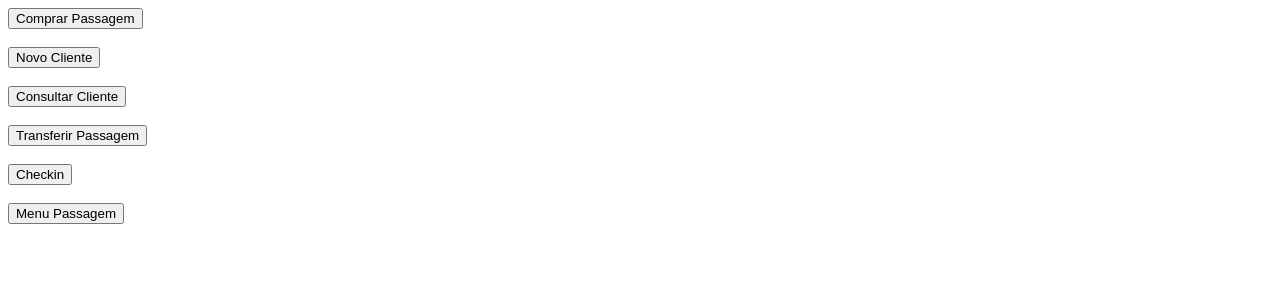
Repository: leal554/ProjetoVendaPassagemAereaWEB
Page: http://localhost/ProjetoVendaPassagemAereaWEB/MenuPassagem.jsp
The author's editor kept a copy of each file at every save. The page is drawn from the files as they stood at one save, then again after the next save.
The browser window is 1280 px wide. The pictures show the whole page.
The page is served by Tomcat 9. Other server files are loaded and not shown.

Above is the page before, as saved 2015-10-15 23:19:45.

### ProjetoVendaPassagemAereaWEB/WebContent/MenuPassagem.jsp
<%@ page language="java" contentType="text/html; charset=ISO-8859-1"
    pageEncoding="ISO-8859-1"%>
<!DOCTYPE html PUBLIC "-//W3C//DTD HTML 4.01 Transitional//EN" "http://www.w3.org/TR/html4/loose.dtd">
<html>
<head>
<meta http-equiv="Content-Type" content="text/html; charset=ISO-8859-1">
<title>Insert title here</title>
</head>
<body>
	<div>
		<button onclick="window.location.href='./ComprarPassagem.jsp'">Comprar Passagem</button>
	</div>
	<br>
	<div>
		<button onclick="window.location.href='./NovoCliente.jsp'">Novo Cliente</button>
	</div>
	<br>
	<div>
		<button onclick="window.location.href='./ConsultarCliente.jsp'">Consultar Cliente</button>
	</div>
	<br>
	<div>
		<button onclick="window.location.href='./TransferirPassagem.jsp'">Transferir Passagem</button>
	</div>
	<br>
	<div>
		<button onclick="window.location.href='./Checkin.jsp'">Checkin</button>
	</div>
	<br>
	<div>
		<button onclick="window.location.href='./MenuPassagem.jsp'">Menu Passagem</button>
	</div>

</body>
</html>

After the next save:
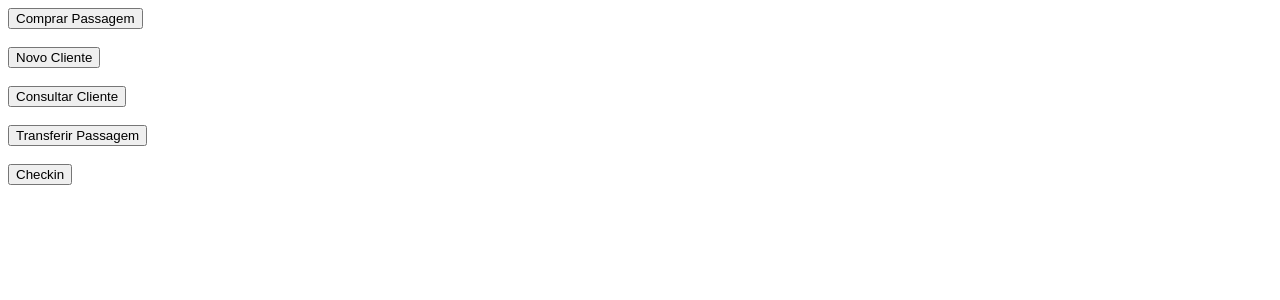
Saved 54 s later.
--- a/ProjetoVendaPassagemAereaWEB/WebContent/MenuPassagem.jsp
+++ b/ProjetoVendaPassagemAereaWEB/WebContent/MenuPassagem.jsp
@@ -27,9 +27,5 @@
 		<button onclick="window.location.href='./Checkin.jsp'">Checkin</button>
 	</div>
 	<br>
-	<div>
-		<button onclick="window.location.href='./MenuPassagem.jsp'">Menu Passagem</button>
-	</div>
-
 </body>
 </html>
